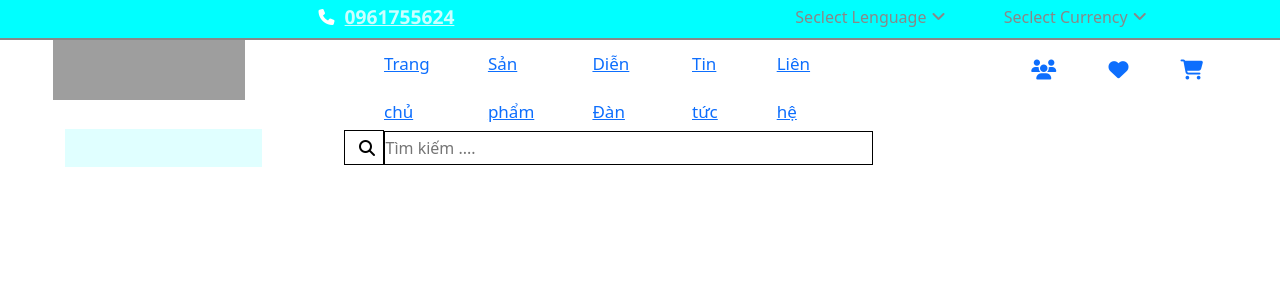
Repository: giacatdat2k5/Baitaplon
Page: da/test.html
The author's editor kept a copy of each file at every save. The page is drawn from the files as they stood at one save, then again after the next save.
The browser window is 1280 px wide. The pictures show the whole page.
Pictures or frames that could not be fetched are drawn as grey boxes.

Above is the page before, as saved 2023-11-07 22:05:32.

### da/test.html
<!DOCTYPE html>
<html lang="en">
<head>
    <meta charset="UTF-8">
    <meta name="viewport" content="width=device-width, initial-scale=1.0">
    <title>Document</title>
    <link rel="stylesheet" type="text/css" href="d.css">
    <link rel="stylesheet" href="https://cdnjs.cloudflare.com/ajax/libs/font-awesome/6.4.2/css/all.min.css"/>
    <script src="https://ajax.googleapis.com/ajax/libs/jquery/3.7.1/jquery.min.js"></script>
    <link href="https://cdn.jsdelivr.net/npm/bootstrap@5.3.2/dist/css/bootstrap.min.css" rel="stylesheet" integrity="sha384-T3c6CoIi6uLrA9TneNEoa7RxnatzjcDSCmG1MXxSR1GAsXEV/Dwwykc2MPK8M2HN" crossorigin="anonymous">
</head>
<body>
    <div class="head">
        <div class="left-head">
        <div class="hotline">
            <i class="fa-solid fa-phone"></i>
            <a href="#" class="number">0961755624 </a>
        </div>
        </div>
        <div class="right-head">
        <div class="select">
             Seclect Lenguage
            <i class="fa-solid fa-angle-down"></i>
        </div>
        <div class="select">
             Seclect Currency
            <i class="fa-solid fa-angle-down"></i>
        </div>
        </div>
    </div>
    <div class="nav">
        <a href="#" class="logo"></a>
        <ul class="menu">
            <li><a href="#">Trang chủ</a></li>
            <li class="menu_link">
                <a href="#">Sản phẩm</a>
                <ul class="menu_down">
                    <li ><a href="#"></a>Yonex</li>
                    <li ><a href="#"></a>Lining</li>
                    <li ><a href="#"></a>Victor</li>
                    <li ><a href="#"></a>Kumpoo</li>
                    <li ><a href="#"></a>Fleet</li>
                    <li ><a href="#"></a>Khác</li>
                </ul>
            </li>
            <li><a href="#">Diễn Đàn</a></li>
            <li><a href="#">Tin tức</a></li>
            <li><a href="#">Liên hệ </a></li>
        </ul>
        <ul class="icon">
            <li><a href="#"><i class="fa-solid fa-users"></i></a></li>
            <li><a href="#"><i class="fa-solid fa-heart"></i></a></li>
            <li><a href="#"><i class="fa-solid fa-cart-shopping"></i></a></li>
        </ul>
    </div>
    <div class="nav2">
        <div class="nav2-left">
            <div class="cate"></div>
        </div>
        <div class="nav2-right">
         <div class="search">
            <button class="nut"><i class="fa-solid fa-magnifying-glass"></i></button>
            <input class="tk" type="text" placeholder="Tìm kiếm ....">
         </div>
        </div>
    </div>


</body>
</html>

### da/d.css

.head{
    background-color: #00FFFF;
    width: 100%;
    height: 40px;
    display: flex;
    border-bottom:2px solid #888888 ;
}
.left-head{
    width:60%;
    height: 90%;
    display: flex;
    justify-content: center;
}
.right-head{
    width:40%;
    height: 90%;
    display: flex;
    justify-content: flex-start;
}
.hotline{
    width: 50%;
    height: 100%;
    display: flex;
    align-items: center;
    justify-content: center;
    color:white;
}
.select{
    width: 40%;
    height: 100%;
    display: flex;
    align-items: center;
    justify-content: center;
    color: #888888;
}
.number{
    text-indent: 10px;
    color: #CCFFFF;
    font-size: larger;
    font-family: 'Segoe UI', Tahoma, Geneva, Verdana, sans-serif;
    text-indent: 10px;
    font-weight: 600;
}
.fa-solid{
    text-indent: 5px;
    transition: transform 0.1s;
    transform: scale(1);
}
.hotline:hover{
    color:pink;
}
.number:hover{
    text-decoration-line: underline;
}
.select:hover{
    color: white;
}
.fa-solid:hover{
    transform: scale(1.2);
}
.nav{

    display:flex;
    height: 60px;
    line-height: 3em;
    justify-content: space-around;
}
.logo{
    width: 15%;
    height: 100%;
    background-image: url('z4858591373712_ee240e15b73cb11de83abbe4c3af0ebb.jpg') ;
    background-size:cover;
}
.menu{
    width: 40%;
    display: flex;
}
.menu li{
    padding-right: 2.5em ;
    font-size: 17px;
    text-decoration: none;
    color:black;
}
.menu li a:hover{
    color: pink;
    transition: color .2s ease-out;
}
.menu_down{
    width: 140px;
    height: 18em;
    margin: 0px auto;
    position: absolute;
    top:100px;
    left: 500px;
    display: none;
}
.menu_down li{
    padding: 0px;
    border:1px solid black;
    text-align: center;
    background-color: #00FFFF;
 }
.menu_down li:hover{
    color:pink;
    transition: color .2s ease-out;
}
.menu .menu_link:hover .menu_down{
     display: block;
}
.icon{
    width: 20%;
    height: 100%;
    display: flex;
    justify-content: space-around;
    align-items: center;
    font-size: 20px;
    color:green;
}
.nav2{
    width: 100%;
    height: 6em;
    display: flex;
    align-items: center;
}
.nav2-left{
    width: 264px;
    height: 40%;
    display: flex;
    justify-content: flex-end;
}
.cate{
    width: 197px;
    height: 100%;
    background-color: lightcyan;
}
.nav2-right{
    width: 80%;
    height: 40%;
    display: flex;
    justify-self: flex-end;
    align-items: center ;
}
.search{
    width: 60%;
    height: 100%;
    display: flex;
    justify-content: flex-end;
    align-items: center;
}
.tk{
    width: 80%;
    height: 90%;
    border: 1px solid black;
}
.nut{
    width: 40px;
    height: 35px;
    display: flex;
    justify-content: center;
    align-items: center;
    border: 1px solid black;
    background-color: white;

}
*{
 text-decoration: none;
 list-style-type: none;
        margin: 0px;
        padding: 0px;
}

After the next save:
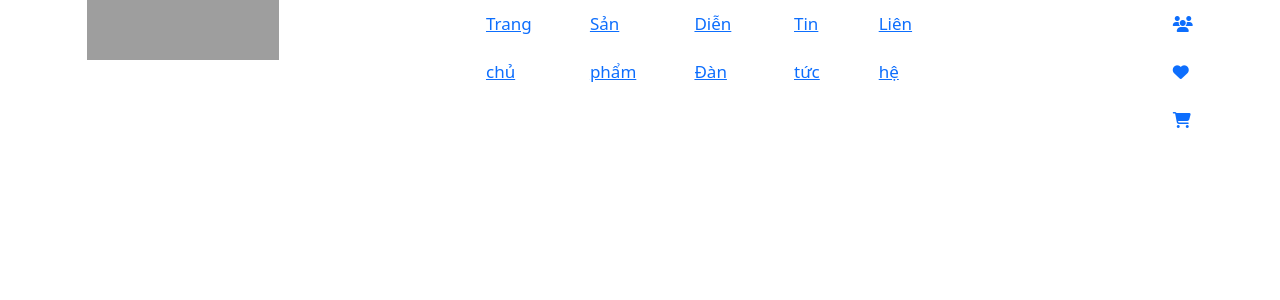
Saved 2 min 0 s later.
--- a/da/test.html
+++ b/da/test.html
@@ -10,24 +10,6 @@
     <link href="https://cdn.jsdelivr.net/npm/bootstrap@5.3.2/dist/css/bootstrap.min.css" rel="stylesheet" integrity="sha384-T3c6CoIi6uLrA9TneNEoa7RxnatzjcDSCmG1MXxSR1GAsXEV/Dwwykc2MPK8M2HN" crossorigin="anonymous">
 </head>
 <body>
-    <div class="head">
-        <div class="left-head">
-        <div class="hotline">
-            <i class="fa-solid fa-phone"></i>
-            <a href="#" class="number">0961755624 </a>
-        </div>
-        </div>
-        <div class="right-head">
-        <div class="select">
-             Seclect Lenguage
-            <i class="fa-solid fa-angle-down"></i>
-        </div>
-        <div class="select">
-             Seclect Currency
-            <i class="fa-solid fa-angle-down"></i>
-        </div>
-        </div>
-    </div>
     <div class="nav">
         <a href="#" class="logo"></a>
         <ul class="menu">
@@ -53,17 +35,7 @@
             <li><a href="#"><i class="fa-solid fa-cart-shopping"></i></a></li>
         </ul>
     </div>
-    <div class="nav2">
-        <div class="nav2-left">
-            <div class="cate"></div>
-        </div>
-        <div class="nav2-right">
-         <div class="search">
-            <button class="nut"><i class="fa-solid fa-magnifying-glass"></i></button>
-            <input class="tk" type="text" placeholder="Tìm kiếm ....">
-         </div>
-        </div>
-    </div>
+
 
 
 </body>
--- a/da/d.css
+++ b/da/d.css
@@ -1,64 +1,4 @@
 
-.head{
-    background-color: #00FFFF;
-    width: 100%;
-    height: 40px;
-    display: flex;
-    border-bottom:2px solid #888888 ;
-}
-.left-head{
-    width:60%;
-    height: 90%;
-    display: flex;
-    justify-content: center;
-}
-.right-head{
-    width:40%;
-    height: 90%;
-    display: flex;
-    justify-content: flex-start;
-}
-.hotline{
-    width: 50%;
-    height: 100%;
-    display: flex;
-    align-items: center;
-    justify-content: center;
-    color:white;
-}
-.select{
-    width: 40%;
-    height: 100%;
-    display: flex;
-    align-items: center;
-    justify-content: center;
-    color: #888888;
-}
-.number{
-    text-indent: 10px;
-    color: #CCFFFF;
-    font-size: larger;
-    font-family: 'Segoe UI', Tahoma, Geneva, Verdana, sans-serif;
-    text-indent: 10px;
-    font-weight: 600;
-}
-.fa-solid{
-    text-indent: 5px;
-    transition: transform 0.1s;
-    transform: scale(1);
-}
-.hotline:hover{
-    color:pink;
-}
-.number:hover{
-    text-decoration-line: underline;
-}
-.select:hover{
-    color: white;
-}
-.fa-solid:hover{
-    transform: scale(1.2);
-}
 .nav{
 
     display:flex;
@@ -108,61 +48,6 @@
 .menu .menu_link:hover .menu_down{
      display: block;
 }
-.icon{
-    width: 20%;
-    height: 100%;
-    display: flex;
-    justify-content: space-around;
-    align-items: center;
-    font-size: 20px;
-    color:green;
-}
-.nav2{
-    width: 100%;
-    height: 6em;
-    display: flex;
-    align-items: center;
-}
-.nav2-left{
-    width: 264px;
-    height: 40%;
-    display: flex;
-    justify-content: flex-end;
-}
-.cate{
-    width: 197px;
-    height: 100%;
-    background-color: lightcyan;
-}
-.nav2-right{
-    width: 80%;
-    height: 40%;
-    display: flex;
-    justify-self: flex-end;
-    align-items: center ;
-}
-.search{
-    width: 60%;
-    height: 100%;
-    display: flex;
-    justify-content: flex-end;
-    align-items: center;
-}
-.tk{
-    width: 80%;
-    height: 90%;
-    border: 1px solid black;
-}
-.nut{
-    width: 40px;
-    height: 35px;
-    display: flex;
-    justify-content: center;
-    align-items: center;
-    border: 1px solid black;
-    background-color: white;
-
-}
 *{
  text-decoration: none;
  list-style-type: none;
